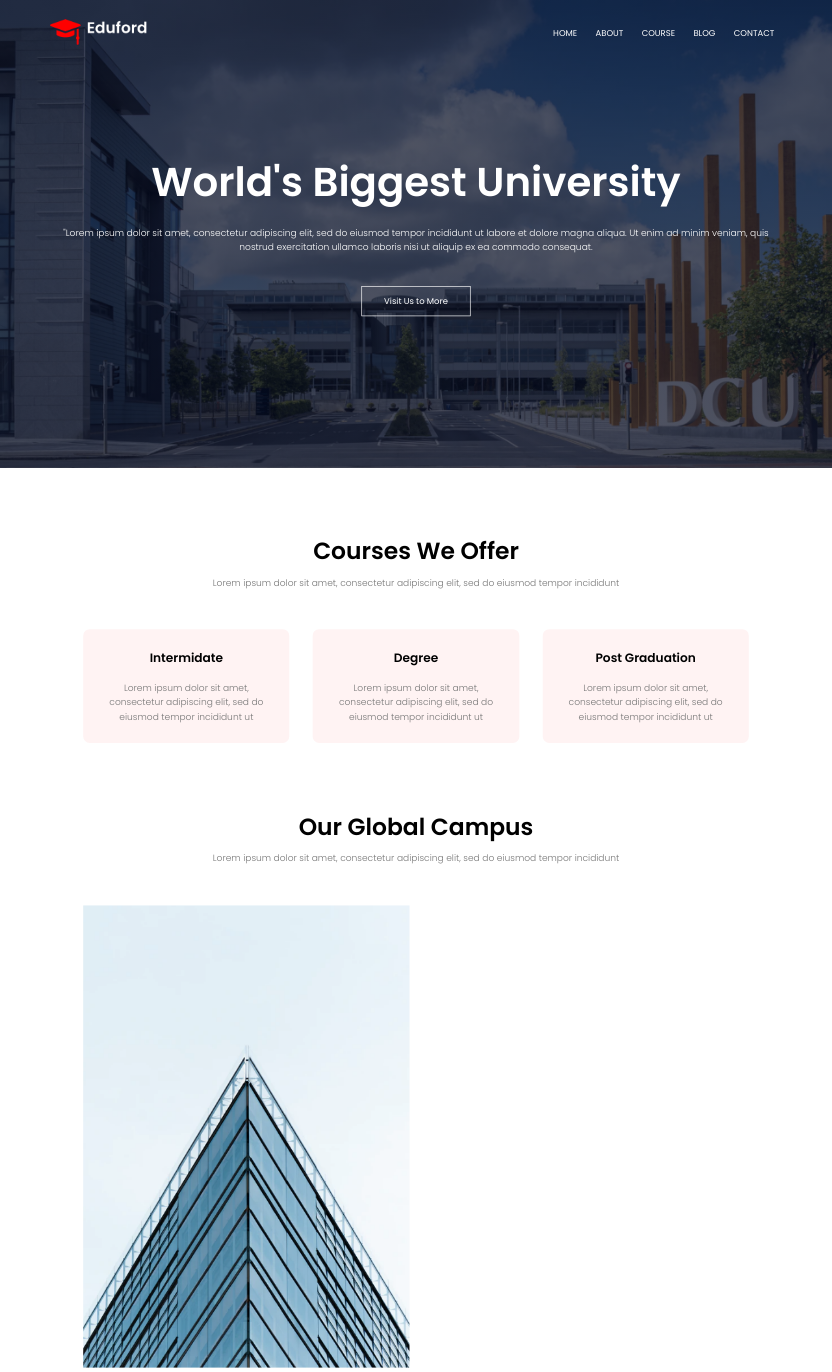
Repository: dewaary/company-profile
Page: index.html
These files come from the project's save history. The page is drawn as it stood at one moment and after the next save; the edit follows.
The browser window is 1280 px wide. The pictures show the whole page, at 65% of full size.

Above is the page before, as saved 2021-05-07 21:14:20.

### index.html
<!DOCTYPE html>
<html lang="en">

<head>
    <meta charset="UTF-8">
    <meta http-equiv="X-UA-Compatible" content="IE=edge">
    <meta name="viewport" content="width=device-width, initial-scale=1.0">
    <title>University Website Design</title>
    <link rel="stylesheet" href="style.css">
    <link rel="preconnect" href="https://fonts.gstatic.com">
    <link href="https://fonts.googleapis.com/css2?family=Poppins:wght@200;300;400;600;700&display=swap"
        rel="stylesheet">
    <link rel="stylesheet"
        href="https://cdn.jsdelivr.net/npm/@fortawesome/fontawesome-free@5.15.3/css/fontawesome.min.css">
</head>

<body>

    <section class="header">
        <nav>
            <a href="index.html"><img src="images/logo.png"></a>
            <div class="nav-links" id="navLinks">
                <i class="fa fa-times" onclick="hideMenu()"></i>
                <ul>
                    <li><a href="">HOME</a></li>
                    <li><a href="">ABOUT</a></li>
                    <li><a href="">COURSE</a></li>
                    <li><a href="">BLOG</a></li>
                    <li><a href="">CONTACT</a></li>
                </ul>
            </div>
            <i class="fa fa-bars" onclick="showMenu()"></i>
        </nav>

        <div class="text-box">
            <h1>World's Biggest University</h1>
            <p>"Lorem ipsum dolor sit amet, consectetur adipiscing elit, sed do eiusmod tempor incididunt ut labore et
                dolore magna aliqua. Ut enim ad minim veniam, quis nostrud exercitation ullamco laboris nisi ut aliquip
                ex ea commodo consequat.</p>
            <a href="" class="hero-btn">Visit Us to More</a>
        </div>
    </section>

    <!---- Courses ---->

    <section class="course">
        <h1>Courses We Offer</h1>
        <p>Lorem ipsum dolor sit amet, consectetur adipiscing elit, sed do eiusmod tempor incididunt</p>
        <div class="row">
            <div class="course-col">
                <h3>Intermidate</h3>
                <p>Lorem ipsum dolor sit amet, consectetur adipiscing elit, sed do eiusmod tempor incididunt ut</p>
            </div>

            <div class="course-col">
                <h3>Degree</h3>
                <p>Lorem ipsum dolor sit amet, consectetur adipiscing elit, sed do eiusmod tempor incididunt ut</p>
            </div>

            <div class="course-col">
                <h3>Post Graduation</h3>
                <p>Lorem ipsum dolor sit amet, consectetur adipiscing elit, sed do eiusmod tempor incididunt ut</p>
            </div>
        </div>
    </section>

    <section class="campus">
        <h1>Our Global Campus</h1>
        <p>Lorem ipsum dolor sit amet, consectetur adipiscing elit, sed do eiusmod tempor incididunt</p>
        <div class="row">
            <div class="campus-col">
                <img src="images/london.png">
            </div>
        </div>
    </section>


    <!---- Javascript for Toggle Menu ---->
    <script>
        var navLinks = document.getElementById("navLinks");

        function showMenu() {
            navLinks.style.right = "0";
        }
        function hideMenu() {
            navLinks.style.right = "-200px";
        }
    </script>

</body>

</html>

### style.css
* {
  margin: 0;
  padding: 0;
  font-family: "Poppins", sans-serif;
}

.header {
  min-height: 100vh;
  width: 100%;
  background-image: linear-gradient(rgba(4, 9, 30, 0.7), rgba(4, 9, 30, 0.7)),
    url(images/banner.png);
  background-position: center;
  background-size: cover;
  position: relative;
}

nav {
  display: flex;
  padding: 2% 6%;
  justify-content: space-between;
  align-items: center;
}

nav img {
  width: 150px;
}

.nav-links {
  flex: 1;
  text-align: right;
}

.nav-links ul li {
  list-style: none;
  display: inline-block;
  padding: 8px 12px;
  position: relative;
}

.nav-links ul li a {
  color: #fff;
  text-decoration: none;
  font-size: 13px;
}

.nav-links ul li::after {
  content: "";
  width: 0%;
  height: 2px;
  background: #f44336;
  display: block;
  margin: auto;
  transition: 0.5s;
}

.nav-links ul li:hover::after {
  width: 100%;
}

.text-box {
  width: 90%;
  color: #fff;
  position: absolute;
  top: 50%;
  left: 50%;
  transform: translate(-50%, -50%);
  text-align: center;
}

.text-box h1 {
  font-size: 62px;
}

.text-box p {
  margin: 10px 0 40px;
  font-size: 14px;
  color: #fff;
}

.hero-btn {
  display: inline-block;
  text-decoration: none;
  color: #fff;
  border: 1px solid #fff;
  padding: 12px 34px;
  font-size: 13px;
  background: transparent;
  position: relative;
  cursor: pointer;
}

.hero-btn:hover {
  border: 1px solid #f44336;
  background: #f44336;
  transition: 1s;
}

nav .fa{
    display: none;
}

@media (max-width: 700px) {
  .text-box h1 {
    font-size: 20px;
  }

  .nav-links ul li {
    display: block;
  }
  .nav-links {
    position: absolute;
    background: #f44336;
    height: 100vh;
    width: 200px;
    top: 0;
    right: -200px;
    text-align: left;
    z-index: 2;
    transition: 1s;
  }

  nav .fa{
      display: block;
      color: #fff;
      margin: 10px;
      font-size: 22px;
      cursor: pointer;
  }

  .nav-links ul {
      padding: 30px;
  }
}

 /*---- Course ------ */

 .course{
     width: 80%;
     margin: auto;
     text-align: center;
     padding-top: 100px;
 }

 h1{
     font-size: 36px;
     font-weight: 600;
 }

 p{
     color: #777;
     font-size: 14px;
     font-weight: 300;
     line-height: 22px;
     padding: 10px;

 }

 .row{
     margin-top: 5%;
     display: flex;
     justify-content: space-between;
 }

 .course-col {
     flex-basis: 31%;
     background: #fff3f3;
     border-radius: 10px;
     margin-bottom: 5%;
     padding: 20px 12px;
     box-sizing: border-box;
     transition: 0.5s;
 }

 h3 {
     text-align: center;
     font-weight: 600;
     margin: 10px 0;
 }

 .course-col:hover{
     box-shadow: 0 0 20px 0px rgba(0,0,0,0.2);
 }

 @media(max-width: 700px){
   .row{
     flex-direction: column;
   }
 }

 .campus {
   width: 80%;
   margin: auto;
   text-align: center;
   padding-top: 50px;
 }

After the next save:
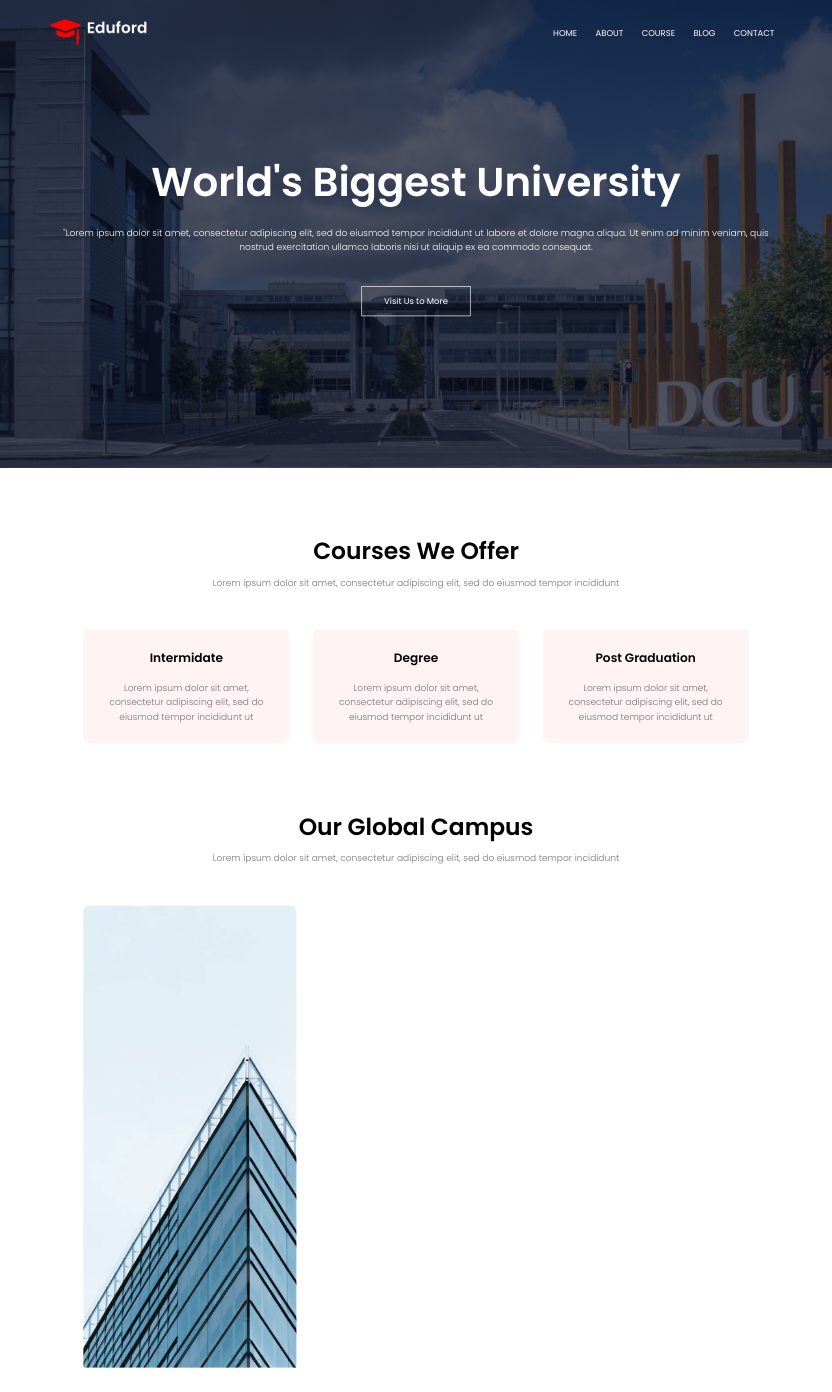
Saved 68 s later.
--- a/style.css
+++ b/style.css
@@ -193,3 +193,11 @@ nav .fa{
    text-align: center;
    padding-top: 50px;
  }
+
+ .campus-col{
+   flex-basis: 32%;
+   border-radius: 10px;
+   margin-bottom: 30px;
+   position: relative;
+   overflow: hidden;
+ }
